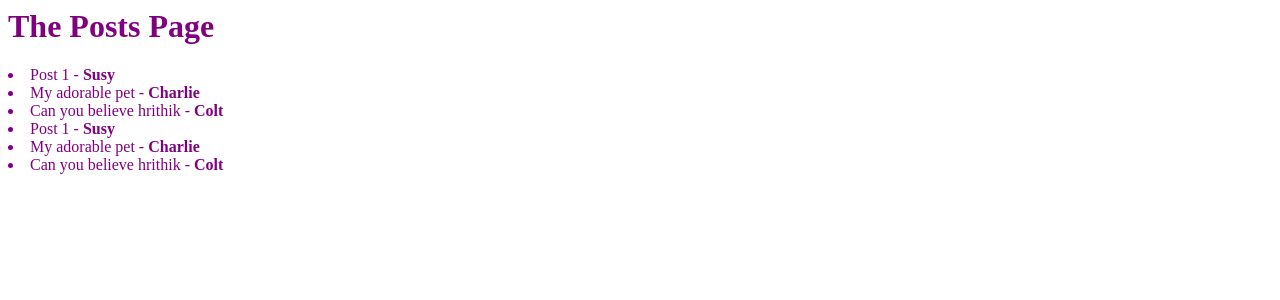
Repository: desamsetti/WebDevelopment
Page: http://localhost/posts
The author's editor kept a record of every edit. The page is drawn from the files as they stood at one moment, then again after the next edit.
The browser window is 1280 px wide. The pictures show the whole page.
The page is served by the project's Node server (MoreExpress/EJSDemo/app.js).

Above is the page before.

### webdevbootcamp/workspace/MoreExpress/EJSDemo/views/posts.ejs
<style>
    body{
        color: purple;
    }
</style>

<h1>The Posts Page</h1>
<% for(var i=0;i<posts.length;i++){ %>
<li>
    <%= posts[i].title %> - <strong><%= posts[i].author %></strong>
    </li>
<% } %>


<% posts.forEach(function(post){ %>
    <li>
        <%= post.title %> - <strong><%= post.author %></strong>
    </li>

<% }) %>

### webdevbootcamp/workspace/MoreExpress/EJSDemo/app.js
var express = require("express");
var app = express();

app.use(express.static("public"));

app.set("view engine","ejs");


//var app = require("express")();

app.get("/",function(req,res){
    res.render("home");
})


app.get("/fallinlovewith/:thing",function(req,res){
    var thing = req.params.thing;
    //res.send("You fell in love with "+thing);
    res.render("love",{thingVar: thing})
})


app.get("/posts",function(req,res){
    var posts = [
        {title:"Post 1",author:"Susy"},
        {title:"My adorable pet",author:"Charlie"},
        {title:"Can you believe hrithik",author:"Colt"}
        ];

        res.render("posts",{posts:posts})
})


app.listen(process.env.PORT, process.env.IP,function(){
    console.log("Server is listening!!!!");
});

### webdevbootcamp/workspace/MoreExpress/EJSDemo/views/partials/header.ejs
<!DOCTYPE html>
<html>
    <head>
        <title>Demo App</title>
        <link rel="stylesheet" href="/app.css">

    </head>

<body>

### webdevbootcamp/workspace/MoreExpress/EJSDemo/public/app.css
body{
    background: yellow;
    color: purple;
}

After the next edit:
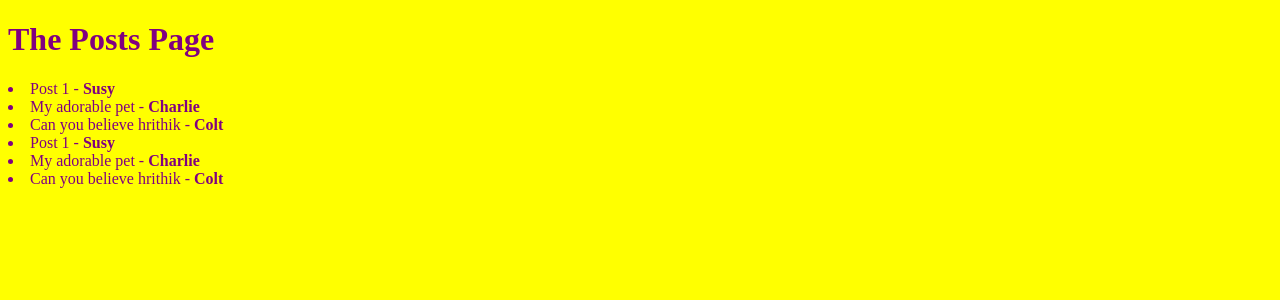
The edit:
--- a/webdevbootcamp/workspace/MoreExpress/EJSDemo/views/posts.ejs
+++ b/webdevbootcamp/workspace/MoreExpress/EJSDemo/views/posts.ejs
@@ -1,9 +1,6 @@
-<style>
-    body{
-        color: purple;
-    }
-</style>
+<% include partials/header %>
 
+<link rel="stylesheet" href="app.css">
 <h1>The Posts Page</h1>
 <% for(var i=0;i<posts.length;i++){ %>
 <li>
